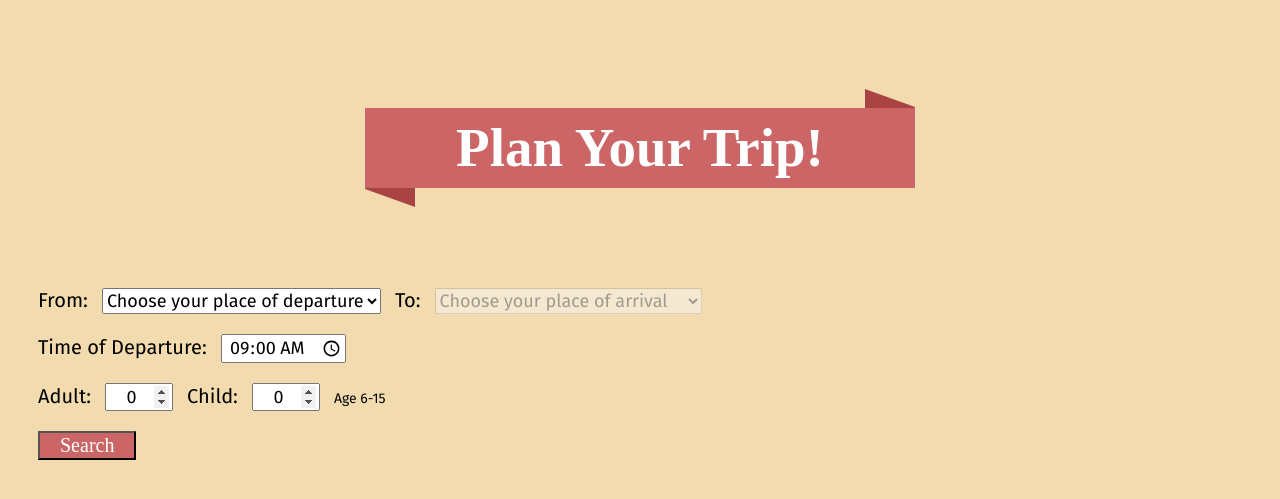
Repository: bbh0607/bae_dNation
Page: public/index.html
These files come from the project's save history. The page is drawn as it stood at one moment and after the next save; the edit follows.
The browser window is 1280 px wide. The pictures show the whole page.
Some web fonts or font styles are not loaded; a fallback is used.

Above is the page before, as saved 2020-02-01 03:56:08.

After the next save:
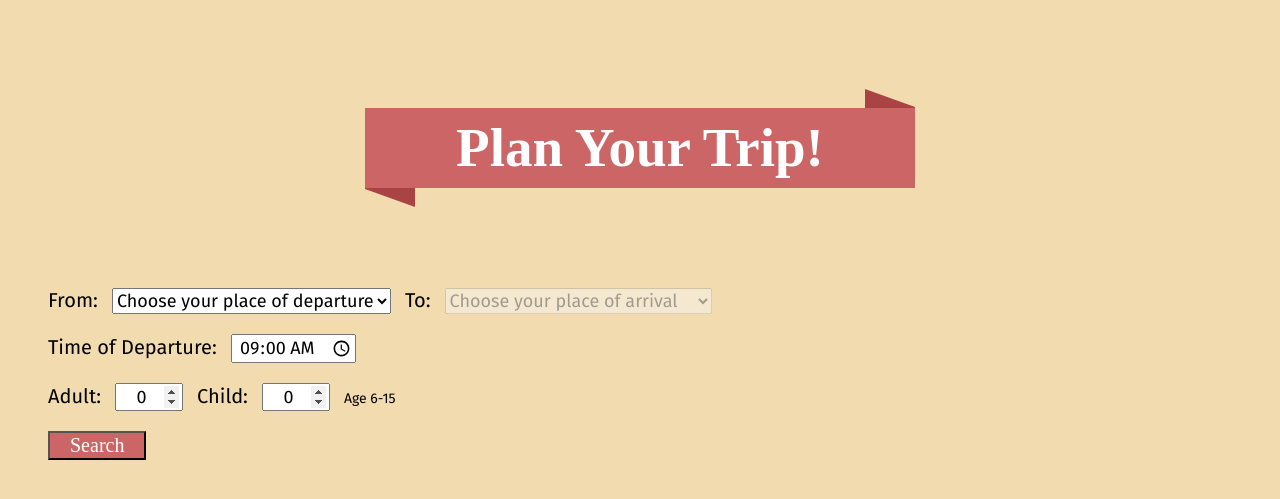
Saved 14 s later.
--- a/public/css/style.css
+++ b/public/css/style.css
@@ -42,7 +42,6 @@ label {
 
 ul {
   list-style-type: none;
-  padding-left: 30px;
 }
 
 li {
